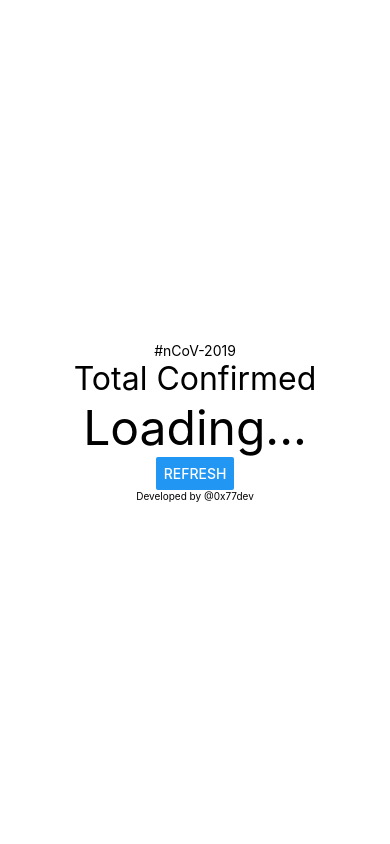
Repository: 0x77dev/coronavirus
Screen: /
The author's editor kept a copy of each file at every save. The screen is drawn from the files as they stood at one save, then again after the next save.
The page's requests for data from a server got no answer. The app was drawn by React Native's web renderer in a window 390 px wide. The project was rebuilt for these pictures with package versions that can differ from the ones it lists, and the page was loaded fresh each time. No one was signed in, and anything a server would have sent is missing.

Above is the screen before, as saved 2020-03-13 18:00:20.

### App.tsx
import React from 'react';
import { StyleSheet, Text, View, Button } from 'react-native';

export default class App extends React.Component {
  constructor(props) {
    super(props);
    this.state = {
      totalConfirmed: "Loading...",
    };
  }

  render() {
    return (
      <View style={styles.container} >
        <Text style={{ fontSize: 14 }}>#nCoV-2019</Text>
        <Text style={{ fontSize: 32 }}>Total Confirmed</Text>
        {/* @ts-ignore */}
        <Text style={{ fontSize: 48 }}>{this.state.totalConfirmed}</Text>
        <Text />
        <Button title="Refresh" onPress={this.componentDidMount}>Refresh</Button>
        <Text />
        <Text style={{ fontSize: 10 }}>Developed by @0x77dev</Text>
      </View>
    );
  }

  async componentDidMount() {
    const totalConfirmedFetch = await fetch("https://services9.arcgis.com/N9p5hsImWXAccRNI/arcgis/rest/services/Z7biAeD8PAkqgmWhxG2A/FeatureServer/1/query?f=json&where=Confirmed%20%3E%200&returnGeometry=false&spatialRel=esriSpatialRelIntersects&outFields=*&outStatistics=%5B%7B%22statisticType%22%3A%22sum%22%2C%22onStatisticField%22%3A%22Confirmed%22%2C%22outStatisticFieldName%22%3A%22value%22%7D%5D&cacheHint=true");
    const totalConfirmedFetchJSON = await totalConfirmedFetch.json();
    //@ts-ignore
    this.setState({ totalConfirmed: totalConfirmedFetchJSON.features[0].attributes.value });
    console.log(this.setState, totalConfirmedFetchJSON)
  }
}

const styles = StyleSheet.create({
  container: {
    flex: 1,
    backgroundColor: '#fff',
    alignItems: 'center',
    justifyContent: 'center',
  },
});

After the next save:
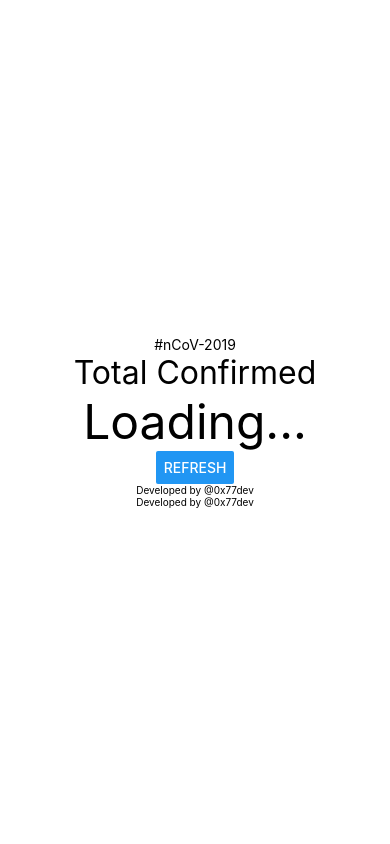
Saved 9 s later.
--- a/App.tsx
+++ b/App.tsx
@@ -20,6 +20,7 @@ export default class App extends React.Component {
         <Button title="Refresh" onPress={this.componentDidMount}>Refresh</Button>
         <Text />
         <Text style={{ fontSize: 10 }}>Developed by @0x77dev</Text>
+        <Text style={{ fontSize: 10 }}>Developed by @0x77dev</Text>
       </View>
     );
   }
